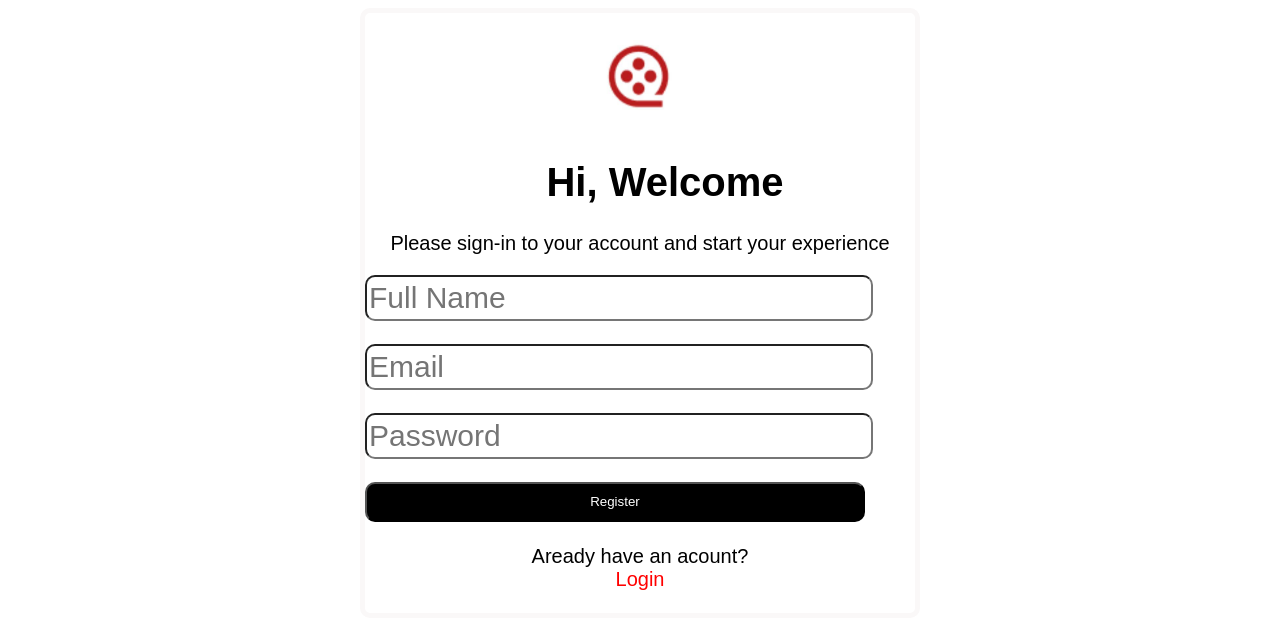
Repository: KingBoyMaylow/movie-task
Page: index.html
The author's editor kept a copy of each file at every save. The page is drawn from the files as they stood at one save, then again after a run of saves.
The browser window is 1280 px wide. The pictures show the whole page.

Above is the page before, as saved 2024-05-20 14:04:26.

### index.html
<!DOCTYPE html>
<html>
<head>
    <link rel="stylesheet" href="script.css">
  <title>document</title>
</head>
<body>
    <div class="firstdiv">
        <img src="WhatsApp Image 2024-05-20 at 13.51.03_2167d28e.jpg" alt="div">
        <h1>Hi, Welcome</h1>
  <h3>Please sign-in to your account and start your experience</h3>

  <form action="signup.php" method="post">

    <label form="<div class="form-group">
      <label for=""></label>
      <input type="Full Name" class="form-control" name="Full Name" id="full Name" placeholder="Full Name">
    <br>

    <br><label form="<div class="">
      <label for=""></label>
      <input type="email" class="form-control" name="email" id="email" placeholder="Email">
    <br>

    <br><label form="<div class="form-group">
      <label for=""></label>
      <input type="password" class="form-control" name="" id="" placeholder="Password">
    <br>

    <br><input type="submit" value="Register" class="register-btn">
  <br>

    <br><span>Aready have an acount?</span>
<span><a href="http://127.0.0.1:5500/2index.html">Login</a></span>
</div>
</body>
</html>

### script.css
body{
    font: 1em sans-serif;
    font-size: 20px;
    font-weight: 100px;
    display: flex;
    flex-direction: column;
    flex-wrap: wrap;
    justify-content: center;
    align-items: center;
}
h3{
    font-size: 20px;
    font-weight: normal;
    text-align: center;
}

.form-control{
    height: 40px;
    width: 500px;
    border-radius: 10px;
    font-size: 30px;
}
h1{
    margin-left: 50px;
    text-align: center;
}
img{
    width: 150px;
    display: block;
    margin: auto;
    height: 120px;
}
.firstdiv{
    border: 5px solid rgb(250, 248, 248);
    border-radius: 10px;
    width: 550px;
    height: 600px;

}
.register-btn{
    width: 500px;
    background-color: black;
    color: white;
    height: 40px;
    border-radius: 10px;
}

span a {
    color: red;
    text-decoration: none;
}

.div2{
    border: 5px solid rgb(250, 248, 248);
    border-radius: 10px;
    width: 550px;
    height: 450px;

}
span{
    display: flex;
    justify-content: center;
    align-items: center;
}

After the next 2 saves:
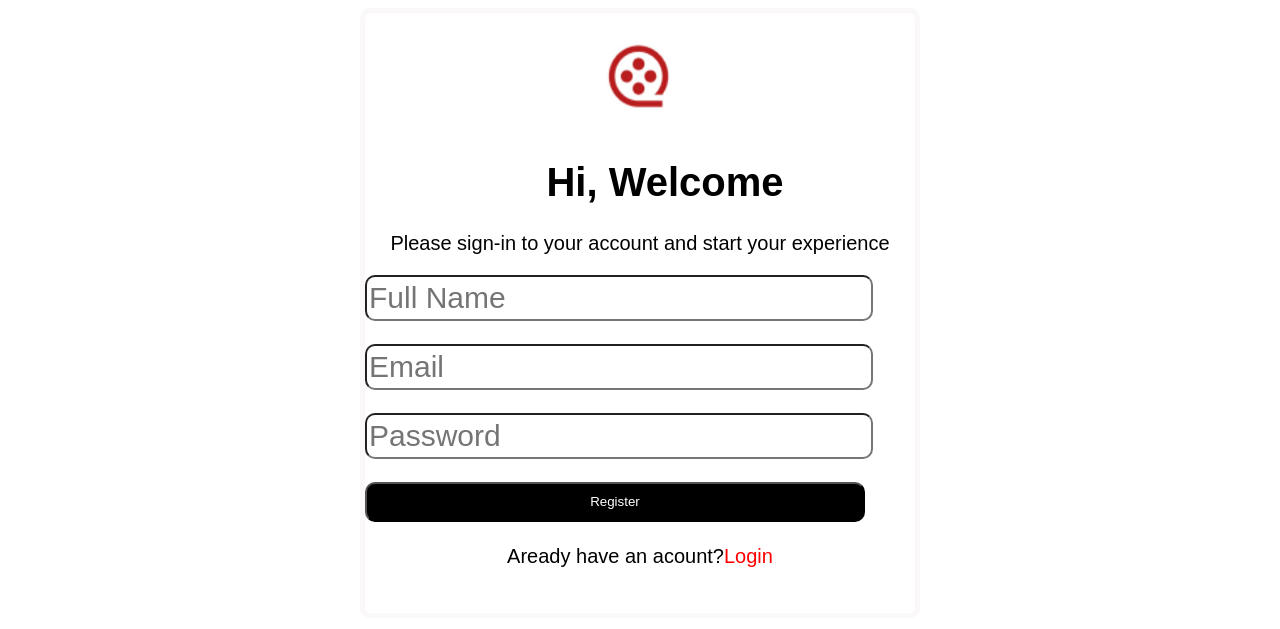
The 2 saves are shown as one change because they came seconds apart.
The last was saved 71 s later.
--- a/index.html
+++ b/index.html
@@ -30,8 +30,7 @@
     <br><input type="submit" value="Register" class="register-btn">
   <br>
 
-    <br><span>Aready have an acount?</span>
-<span><a href="http://127.0.0.1:5500/2index.html">Login</a></span>
+    <br><span>Aready have an acount?<a href="http://127.0.0.1:5500/2index.html">Login</a></span>
 </div>
 </body>
 </html>
